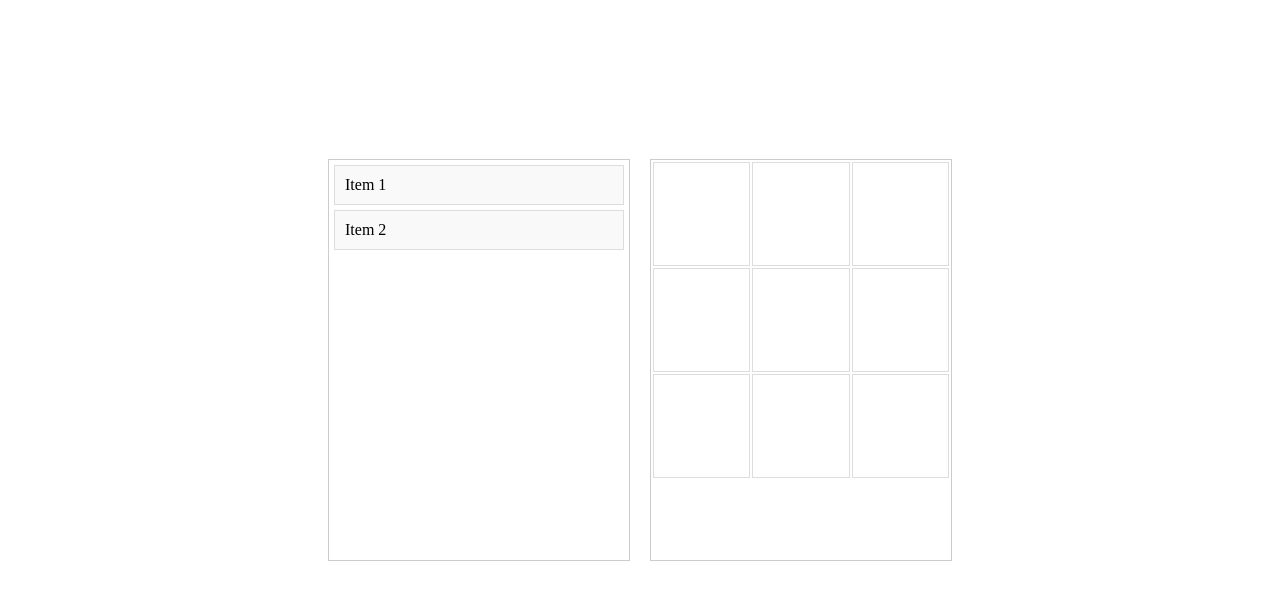
Repository: ZakariaZhlat125/test-rar-it
Page: http://localhost/
These files come from the project's save history. The page is drawn as it stood at one moment and after the next save; the edit follows.
The browser window is 1280 px wide. The pictures show the whole page.
Some web libraries are served in a nearby version. The page is run by PHP 8.4 with error messages shown; the project is at /var/www/html/.

Above is the page before, as saved 2024-03-01 17:59:56.

### index.php
<!DOCTYPE html>
<html lang="en">
<head>
    <meta charset="UTF-8">
    <meta name="viewport" content="width=device-width, initial-scale=1.0">
    <link rel="stylesheet" href="styles.css">
    <script src="script.js" defer></script>
</head>
<body>
    <div id="container" class="body_continer">
        <div id="left-container" class="container">
            <div class="draggable" draggable="true" id="drag1">Item 1</div>
            <div class="draggable" draggable="true" id="drag2">Item 2</div>
        </div>
        <div id="right-container" class="container" ondrop="drop(event)" ondragover="allowDrop(event)">
            <!-- Drop area on the right side -->
            <table id="data-table">
                <tr>
                    <td id="box1" class="droppable" ondrop="drop(event)" ondragover="allowDrop(event)"></td>
                    <td id="box2" class="droppable" ondrop="drop(event)" ondragover="allowDrop(event)"></td>
                    <td id="box3" class="droppable" ondrop="drop(event)" ondragover="allowDrop(event)"></td>
                </tr>
                <tr>
                    <td id="box4" class="droppable" ondrop="drop(event)" ondragover="allowDrop(event)"></td>
                    <td id="box5" class="droppable" ondrop="drop(event)" ondragover="allowDrop(event)"></td>
                    <td id="box6" class="droppable" ondrop="drop(event)" ondragover="allowDrop(event)"></td>
                </tr>
                <tr>
                    <td id="box7" class="droppable" ondrop="drop(event)" ondragover="allowDrop(event)"></td>
                    <td id="box8" class="droppable" ondrop="drop(event)" ondragover="allowDrop(event)"></td>
                    <td id="box9" class="droppable" ondrop="drop(event)" ondragover="allowDrop(event)"></td>
                </tr>
            </table>
        </div>
    </div>
</body>
</html>

### styles.css
body {
  display: flex;
  justify-content: center;
  align-items: center;
  height: 100vh;
  margin: 0;
}
.body_continer {
  display: flex;
}

.container {
  width: 300px;
  height: 400px;
  border: 1px solid #ccc;
  margin: 10px;
  overflow: auto;
}

.draggable {
  margin: 5px;
  padding: 10px;
  border: 1px solid #ddd;
  background-color: #f9f9f9;
  cursor: grab;
}

.droppable {
  height: 100px;
  width: 100px;
  border: 1px solid #ddd;
  background-color: #fff;
}

### script.js
function allowDrop(event) {
    event.preventDefault();
}

function drop(event) {
    event.preventDefault();
    const data = event.dataTransfer.getData("text");
    const draggedElement = document.getElementById(data).cloneNode(true);

    // Customize the ID or any other properties as needed
    draggedElement.id = "newId";

    // Append the cloned element to the right container
    event.target.appendChild(draggedElement);

    // Send data to the server (PHP) for storage
    const xhr = new XMLHttpRequest();
    xhr.open("POST", "process.php", true);
    xhr.setRequestHeader("Content-Type", "application/x-www-form-urlencoded");

    // Customize the data to be sent to the server
    const sendData = "id=" + encodeURIComponent(data);

    xhr.onreadystatechange = function () {
        if (xhr.readyState === 4 && xhr.status === 200) {
            // Handle the response from the server if needed
            console.log(xhr.responseText);
        }
    };

    xhr.send(sendData);
}

document.addEventListener("DOMContentLoaded", function () {
    const draggables = document.querySelectorAll(".draggable");

	draggables.forEach(draggable => {
		draggable.addEventListener("dragstart", function (event) {
			event.dataTransfer.setData("text", event.target.id);
		});
	});
});

After the next save:
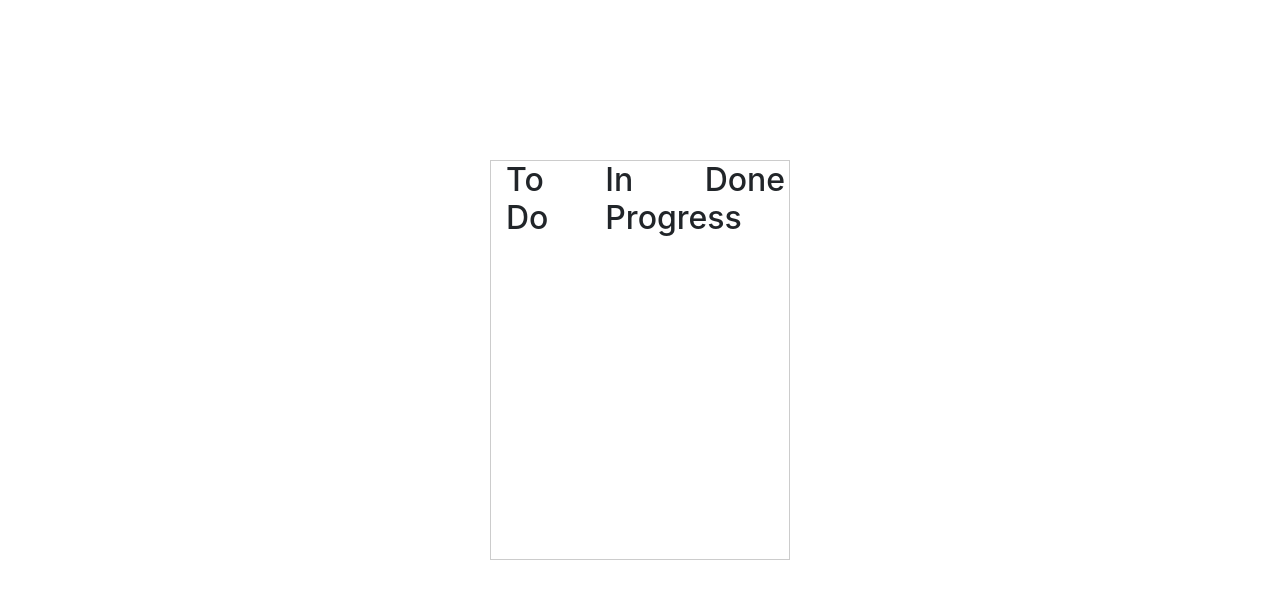
Saved 13 min 56 s later.
--- a/index.php
+++ b/index.php
@@ -1,37 +1,37 @@
 <!DOCTYPE html>
 <html lang="en">
 <head>
-    <meta charset="UTF-8">
-    <meta name="viewport" content="width=device-width, initial-scale=1.0">
-    <link rel="stylesheet" href="styles.css">
-    <script src="script.js" defer></script>
+  <meta charset="UTF-8">
+  <meta name="viewport" content="width=device-width, initial-scale=1.0">
+  <link href="https://stackpath.bootstrapcdn.com/bootstrap/4.5.0/css/bootstrap.min.css" rel="stylesheet">
+  <link rel="stylesheet" href="styles.css">
+  <title>Drag and Drop To-Do List</title>
 </head>
 <body>
-    <div id="container" class="body_continer">
-        <div id="left-container" class="container">
-            <div class="draggable" draggable="true" id="drag1">Item 1</div>
-            <div class="draggable" draggable="true" id="drag2">Item 2</div>
-        </div>
-        <div id="right-container" class="container" ondrop="drop(event)" ondragover="allowDrop(event)">
-            <!-- Drop area on the right side -->
-            <table id="data-table">
-                <tr>
-                    <td id="box1" class="droppable" ondrop="drop(event)" ondragover="allowDrop(event)"></td>
-                    <td id="box2" class="droppable" ondrop="drop(event)" ondragover="allowDrop(event)"></td>
-                    <td id="box3" class="droppable" ondrop="drop(event)" ondragover="allowDrop(event)"></td>
-                </tr>
-                <tr>
-                    <td id="box4" class="droppable" ondrop="drop(event)" ondragover="allowDrop(event)"></td>
-                    <td id="box5" class="droppable" ondrop="drop(event)" ondragover="allowDrop(event)"></td>
-                    <td id="box6" class="droppable" ondrop="drop(event)" ondragover="allowDrop(event)"></td>
-                </tr>
-                <tr>
-                    <td id="box7" class="droppable" ondrop="drop(event)" ondragover="allowDrop(event)"></td>
-                    <td id="box8" class="droppable" ondrop="drop(event)" ondragover="allowDrop(event)"></td>
-                    <td id="box9" class="droppable" ondrop="drop(event)" ondragover="allowDrop(event)"></td>
-                </tr>
-            </table>
-        </div>
+
+<div class="container">
+  <div class="row">
+    <div class="col-md-4">
+      <div id="todo-list" class="task-list" ondrop="drop(event)" ondragover="allowDrop(event)">
+        <h2>To Do</h2>
+      </div>
     </div>
+    <div class="col-md-4">
+      <div id="in-progress-list" class="task-list" ondrop="drop(event)" ondragover="allowDrop(event)">
+        <h2>In Progress</h2>
+      </div>
+    </div>
+    <div class="col-md-4">
+      <div id="done-list" class="task-list" ondrop="drop(event)" ondragover="allowDrop(event)">
+        <h2>Done</h2>
+      </div>
+    </div>
+  </div>
+</div>
+
+<script src="https://code.jquery.com/jquery-3.5.1.slim.min.js"></script>
+<script src="https://cdn.jsdelivr.net/npm/@popperjs/core@2.10.2/dist/umd/popper.min.js"></script>
+<script src="https://stackpath.bootstrapcdn.com/bootstrap/4.5.0/js/bootstrap.min.js"></script>
+<script src="script.js"></script>
 </body>
 </html>
